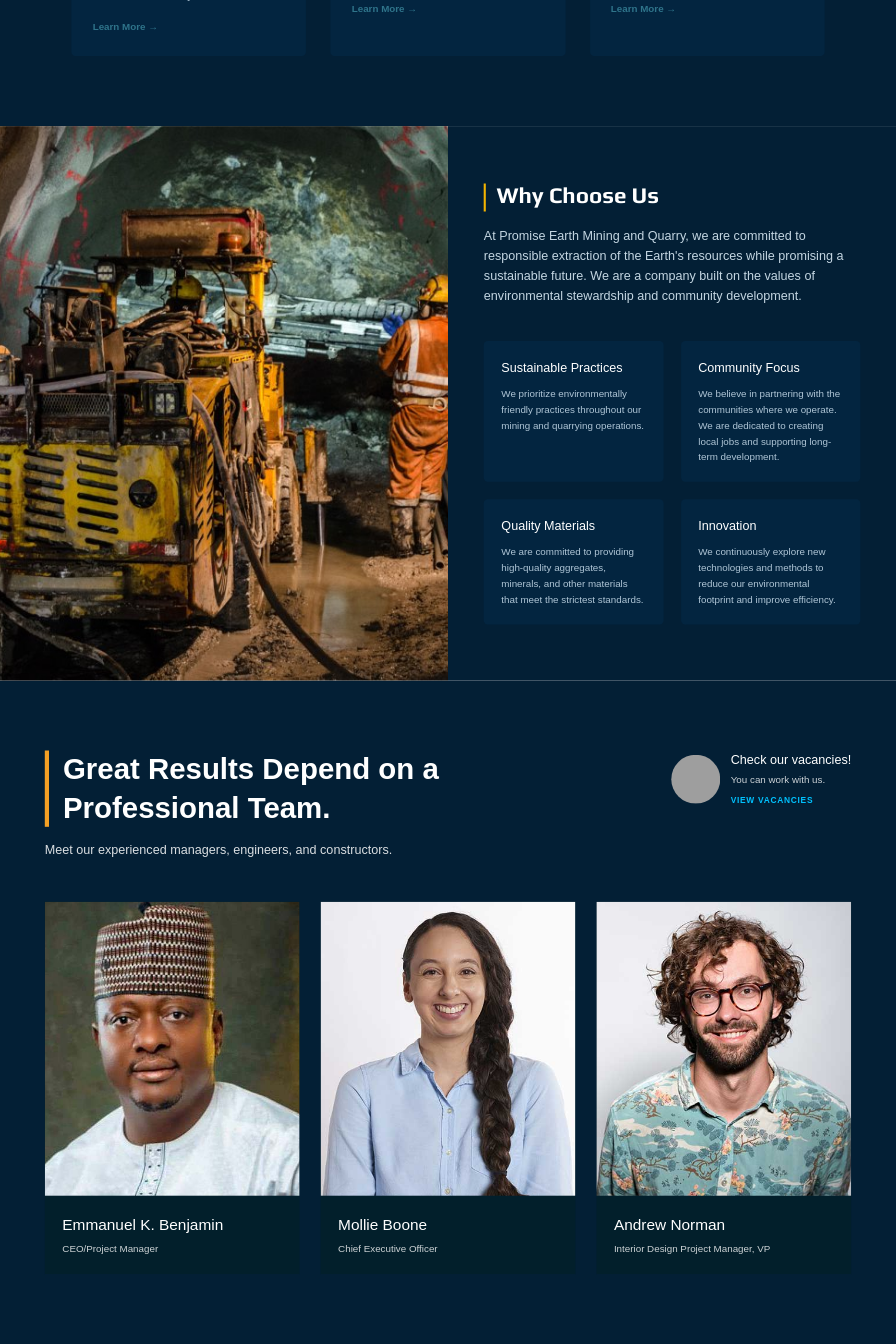
Repository: KC-Minchakpu/promise-earth
Page: /
The author's editor kept a copy of each file at every save. The page is drawn from the files as they stood at one save, then again after the next save.
The browser window is 1280 px wide. The pictures show the part of the page from y = 2403 to 4323 px (the page is 4323 px tall), at 70% of full size.
Pictures or frames that could not be fetched are drawn as grey boxes. The project was rebuilt for these pictures with package versions that can differ from the ones it lists, and the page was loaded fresh each time. The framework's server and built-in components were replaced by stand-ins that run in the browser. Also part of the build but not shown: next.config.ts.

Above is the page before, as saved 2026-02-26 16:58:36.

After the next save:
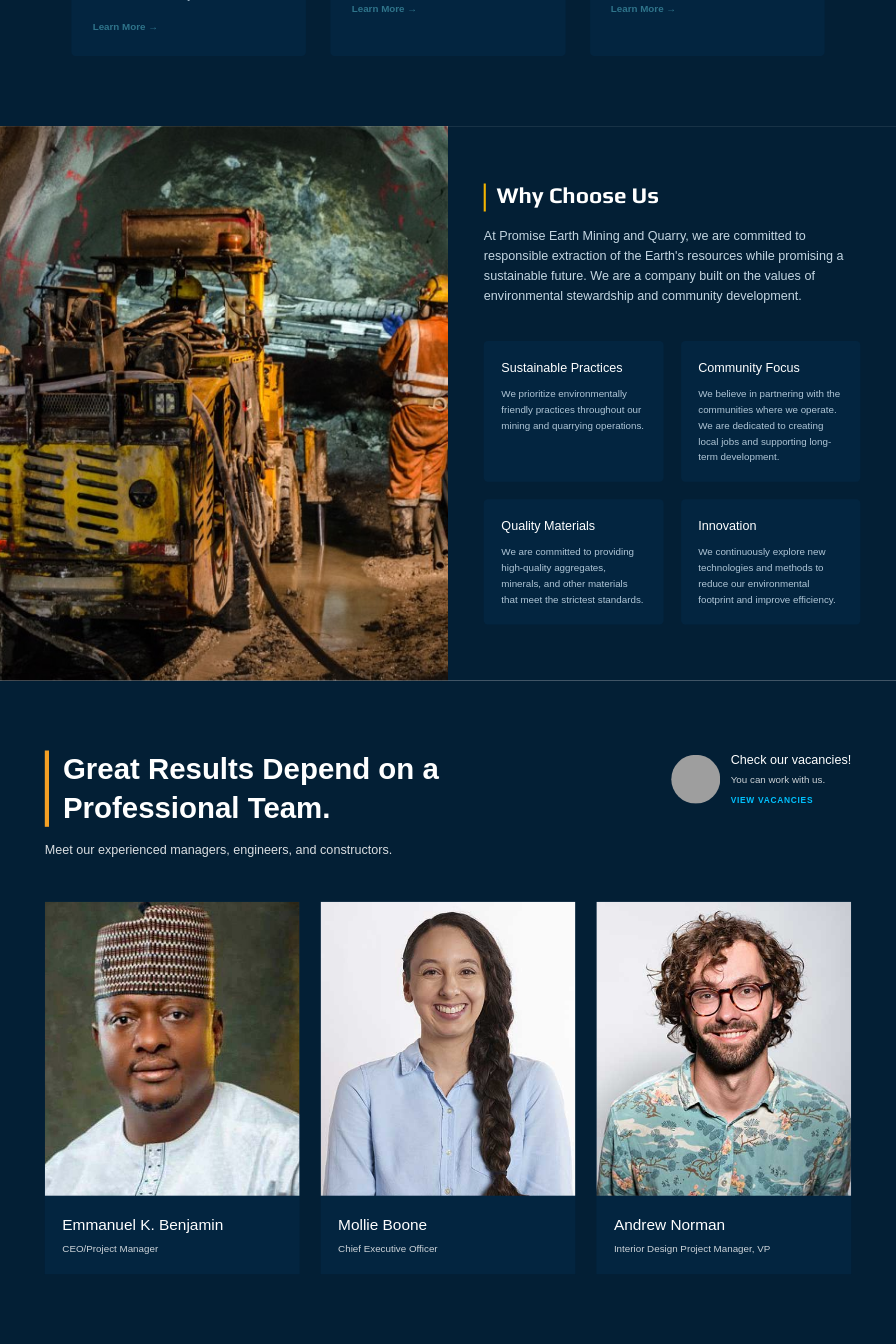
Saved 49 s later.
--- a/src/components/TeamSection/TeamSection.module.css
+++ b/src/components/TeamSection/TeamSection.module.css
@@ -91,7 +91,7 @@
 
 /* Card */
 .card {
-  background-color: #021f2b;
+  background-color: #032540;
   overflow: hidden;
   transition: transform 0.3s ease;
 }
